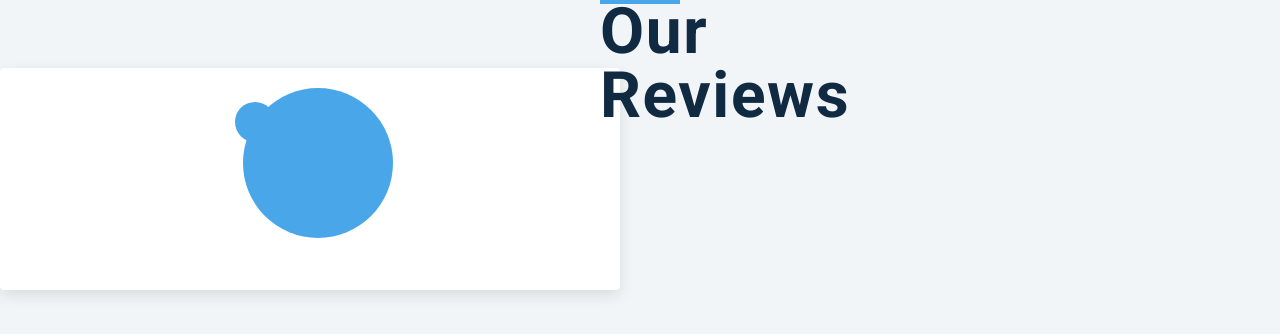
Repository: hseunghwan/practice-vanilla-javascript
Page: Carousel/Carousel.html
The author's editor kept a copy of each file at every save. The page is drawn from the files as they stood at one save, then again after the next save.
The browser window is 1280 px wide. The pictures show the whole page.

Above is the page before, as saved 2023-05-10 20:19:50.

After the next save:
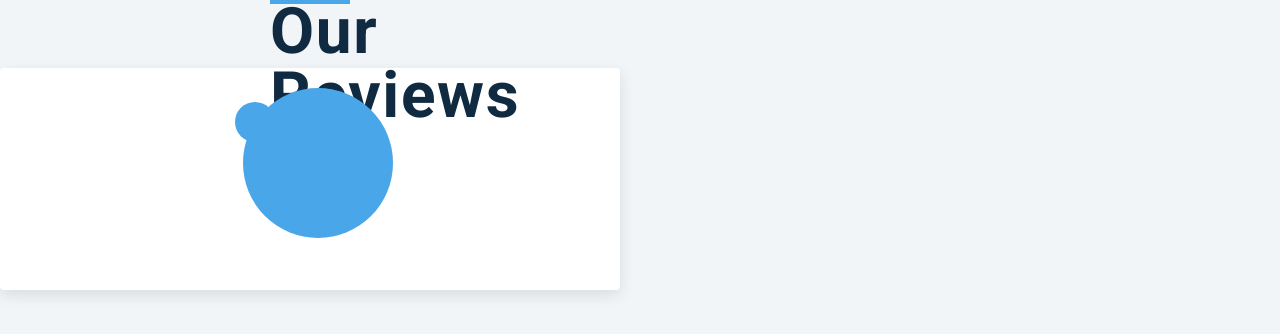
Saved 19 s later.
--- a/Carousel/Carousel.html
+++ b/Carousel/Carousel.html
@@ -7,8 +7,8 @@
     </head>
     <body>
         <div class="main">
-            <h1 class="title underline">Our Reviews</h1>
             <div class="container">
+                <h1 class="title underline">Our Reviews</h1>
                 <div class="review">
                     <div class="img-container"></div>
                 </div>

After the save that followed:
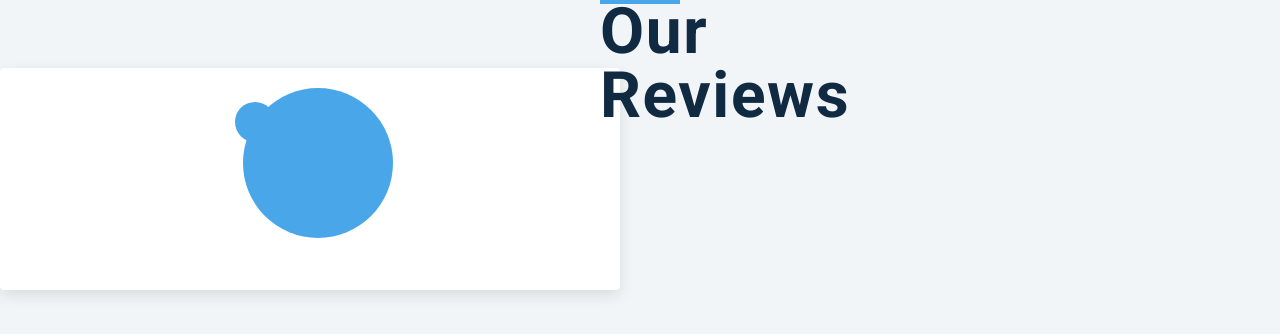
Saved 8 s later.
--- a/Carousel/Carousel.html
+++ b/Carousel/Carousel.html
@@ -7,8 +7,8 @@
     </head>
     <body>
         <div class="main">
+            <h1 class="title underline">Our Reviews</h1>
             <div class="container">
-                <h1 class="title underline">Our Reviews</h1>
                 <div class="review">
                     <div class="img-container"></div>
                 </div>
